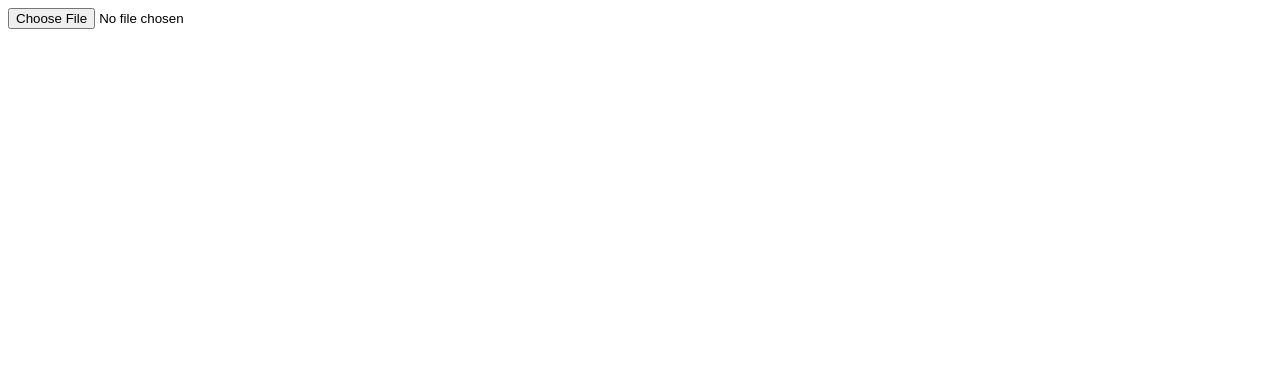
Repository: Gaays/camera-watermark
Page: /
The author's editor kept a copy of each file at every save. The page is drawn from the files as they stood at one save, then again after the next save.
The browser window is 1280 px wide. The pictures show the whole page.
The project was rebuilt for these pictures with package versions that can differ from the ones it lists, and the page was loaded fresh each time. Also part of the build but not shown: vue.config.js.

Above is the page before, as saved 2024-08-17 20:34:30.

After the next save:
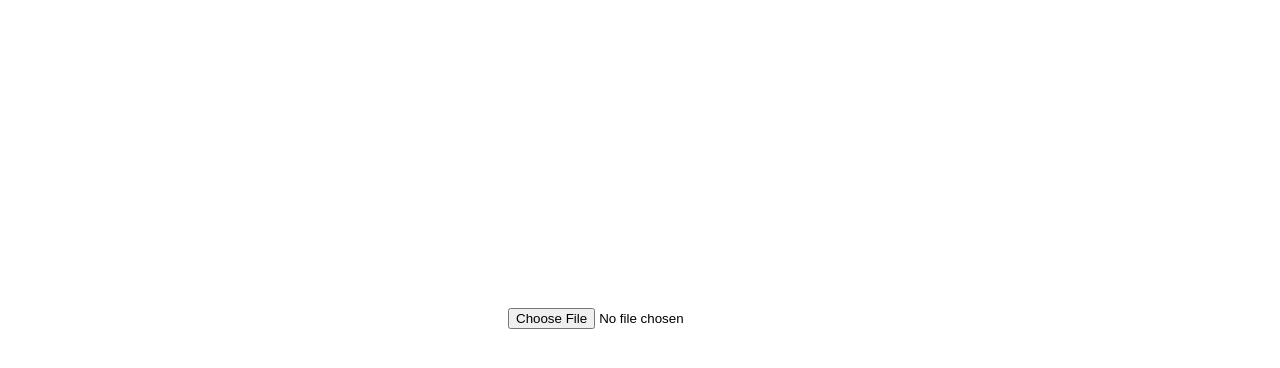
Saved 109 s later.
--- a/src/components/cameraWatermark.vue
+++ b/src/components/cameraWatermark.vue
@@ -37,4 +37,25 @@ const handleFileChange = (event) => {
 </script>
 
 <!-- Add "scoped" attribute to limit CSS to this component only -->
-<style lang="scss" scoped></style>
+<style lang="scss" scoped>
+.content {
+  width: 100%;
+  height: 100%;
+  padding: 300px 500px;
+
+  .show-box {
+    width: 100%;
+    height: 100%;
+    display: flex;
+
+    .img-box {
+      width: 50%;
+      height: 100%;
+
+      img {
+        width: 100%;
+        height: auto;
+      }
+    }
+  }
+}</style>
